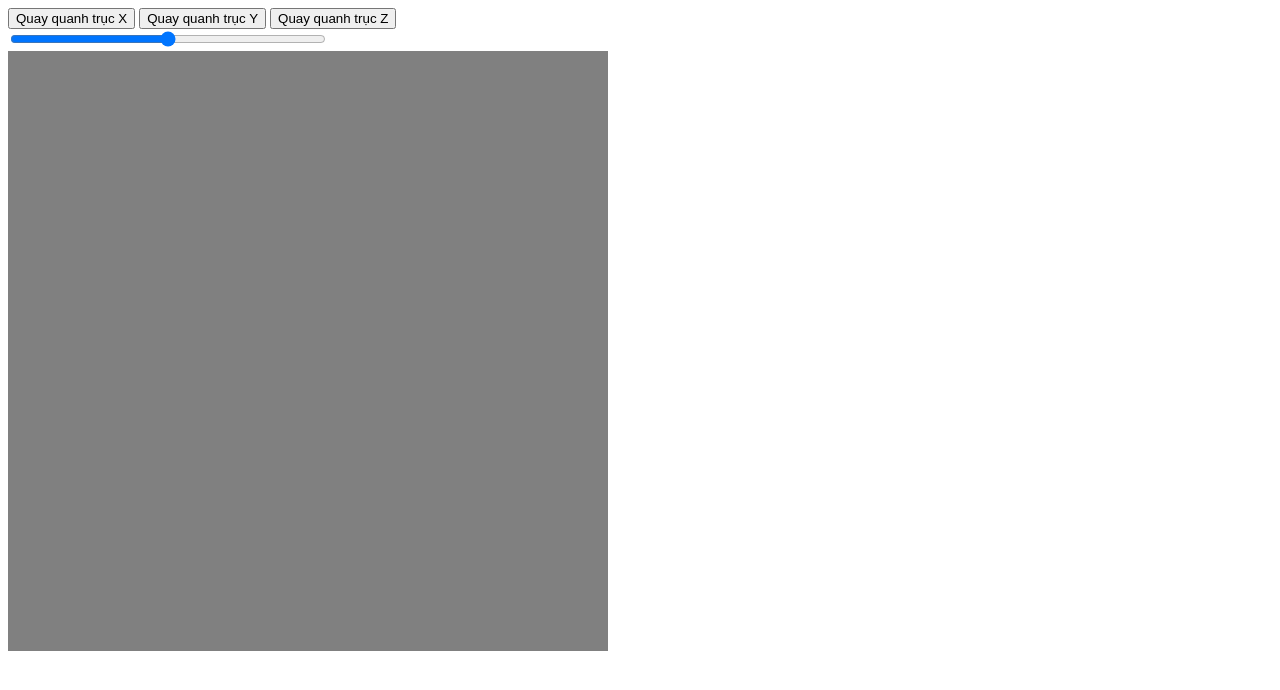
Repository: JoinGame-A36664/Build-House-WebGL
Page: index.html
These files come from the project's save history. The page is drawn as it stood at one moment and after the next save; the edit follows.
The browser window is 1280 px wide. The pictures show the whole page.

Above is the page before, as saved 2021-10-24 22:50:05.

After the next save:
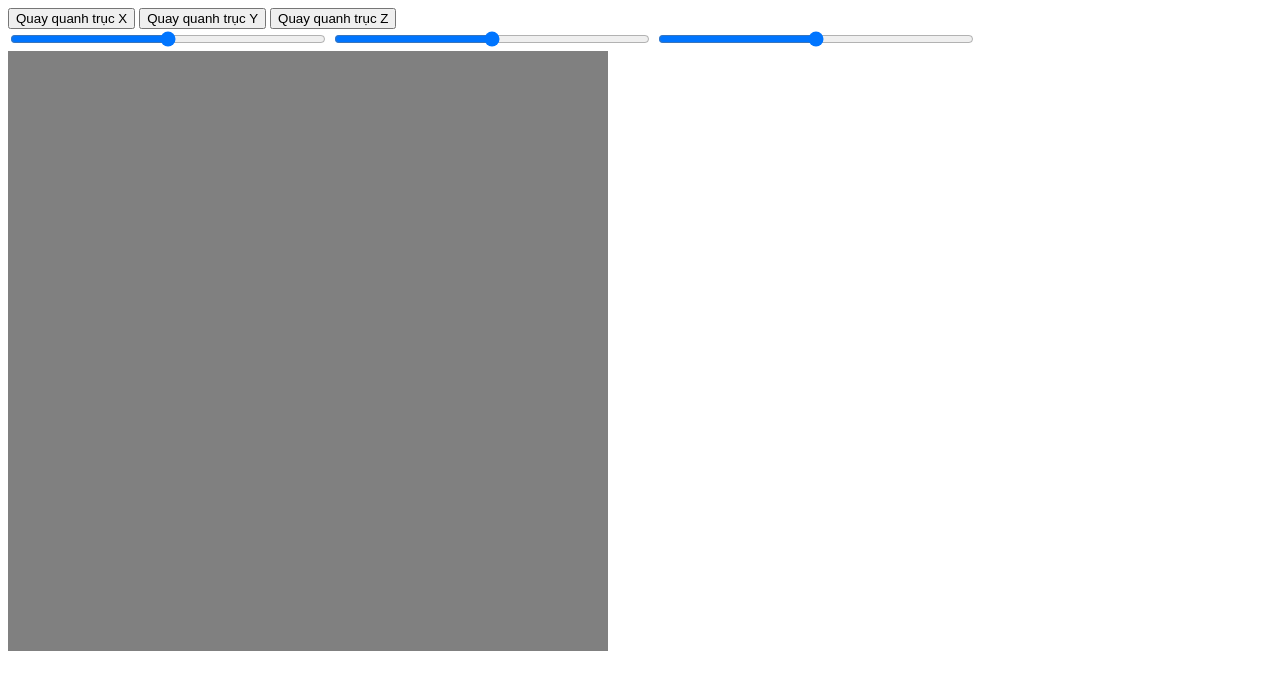
Saved 5 s later.
--- a/index.html
+++ b/index.html
@@ -41,6 +41,24 @@
 				value="1.0"
 				style="width: 25%"
 			/>
+                                <input
+				id="angle_x"
+				type="range"
+				min="0"
+				max="2"
+				step="0.1"
+				value="1.0"
+				style="width: 25%"
+			/>
+                                <input
+				id="angle_x"
+				type="range"
+				min="0"
+				max="2"
+				step="0.1"
+				value="1.0"
+				style="width: 25%"
+			/>
 
                     </div>
 
